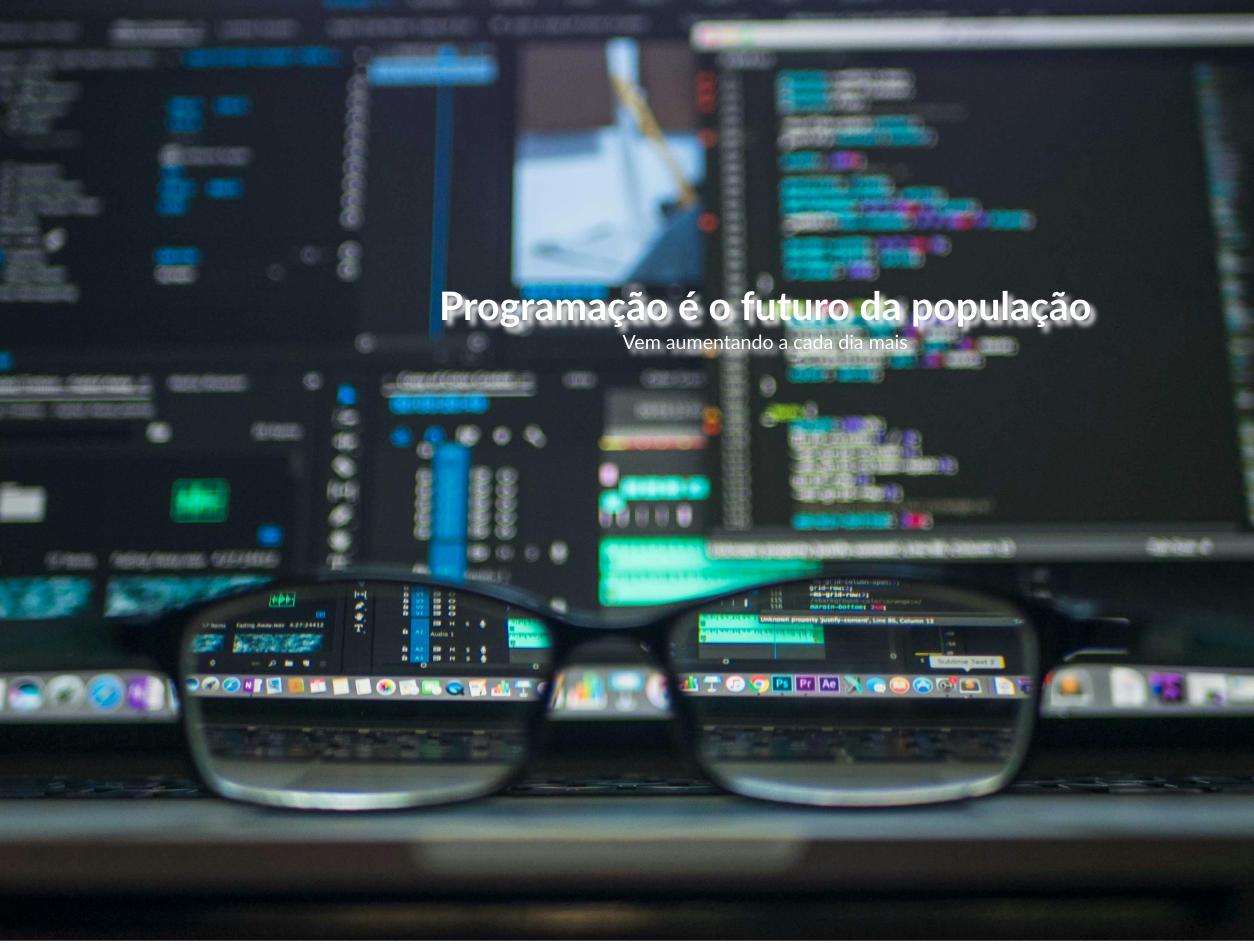
Repository: Caiquedev123/Sites
Page: index.html
An editor plug-in stored every save of this project. The page is shown before and after the next save, followed by the edit.
The browser window is 1280 px wide. The pictures show the whole page, at 98% of full size.

Above is the page before, as saved 2024-07-22 14:27:28.

### index.html
<!DOCTYPE html>
<html lang="en">
<head>
    <meta charset="UTF-8">
    <meta name="viewport" content="width=device-width, initial-scale=1.0">
    <title>Projeto</title>
    <link rel="stylesheet" href="style.css">
    <link rel="stylesheet" href="./reset.css">
</head>
<body>
    <div class="container">
        <h1>Programação é o futuro da população</h1>
        <p>Vem aumentando a cada dia mais</p>
    </div>
    <section class="imagens">
        <img src="./imagem/Progrmação.jpg" alt="programação">
    </section>
</body>
</html>

### style.css
body{background-color: rgb(255, 255, 255);}

.container{
    position: absolute;
    z-index: 1;
    text-align: center;
    left: 35%;
    top: 40%;
    color: rgb(255, 255, 255);
    font-family: 'Gill Sans', 'Gill Sans MT', Calibri, 'Trebuchet MS', sans-serif;
    font-size: 20px;
    text-shadow: 5px 5px 5px;
}

img{
    width: 100%;
    object-fit: cover;
    position: relative;
}

Loaded but not shown: reset.css (common file)

After the next save:
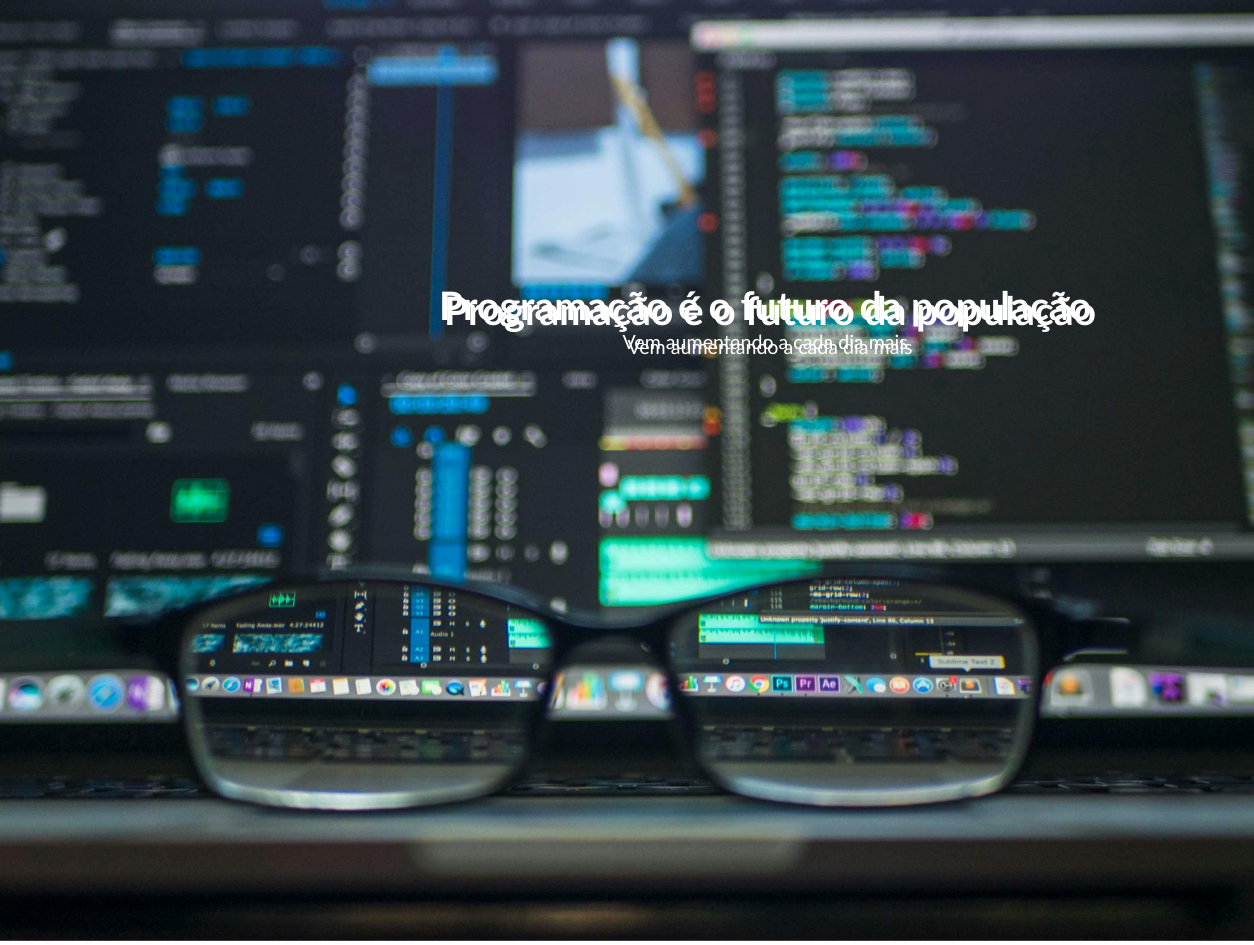
Saved 5 s later.
--- a/style.css
+++ b/style.css
@@ -9,7 +9,7 @@
     color: rgb(255, 255, 255);
     font-family: 'Gill Sans', 'Gill Sans MT', Calibri, 'Trebuchet MS', sans-serif;
     font-size: 20px;
-    text-shadow: 5px 5px 5px;
+    text-shadow: 5px 5px ;
 }
 
 img{
